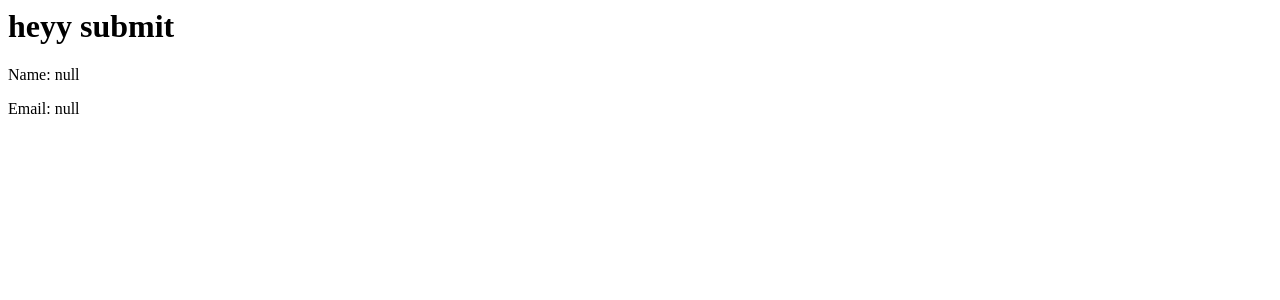
Repository: SujayZope/javaTrainingVizag
Page: http://localhost/laxman/submit.jsp
These files come from the project's save history. The page is drawn as it stood at one moment and after the next save; the edit follows.
The browser window is 1280 px wide. The pictures show the whole page.
The page is served by Tomcat 9.

Above is the page before, as saved 2024-04-05 05:58:20.

After the next save:
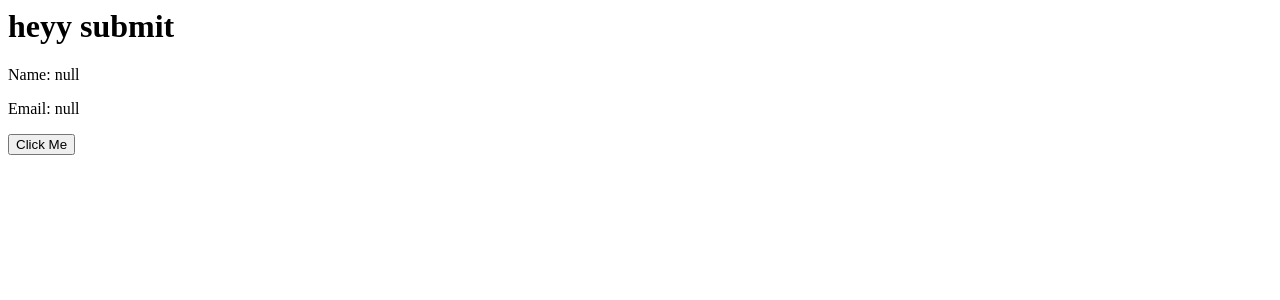
Saved 113 s later.
--- a/Servlet/laxman/src/main/webapp/submit.jsp
+++ b/Servlet/laxman/src/main/webapp/submit.jsp
@@ -21,9 +21,12 @@
     <%-- Display retrieved parameters --%>
     <p>Name: <%= name %></p>
     <p>Email: <%= email %></p>
+     <button onclick="myFunction()">Click Me</button>
 
     <script>
-		console.log("my name"+ "<%=name %>");
+    function myFunction(){
+    	console.log("calling myFunction");
+    	console.log("my name"+ "<%=name %>");
 		name ="<%=name %>";
 		paramNamesC="<%=jsonArray.toString() %>";
 		console.log("yyyy"+paramNamesC)
@@ -46,4 +49,6 @@
                   console.error(error);
               }
           });
+        }
+
     </script>
